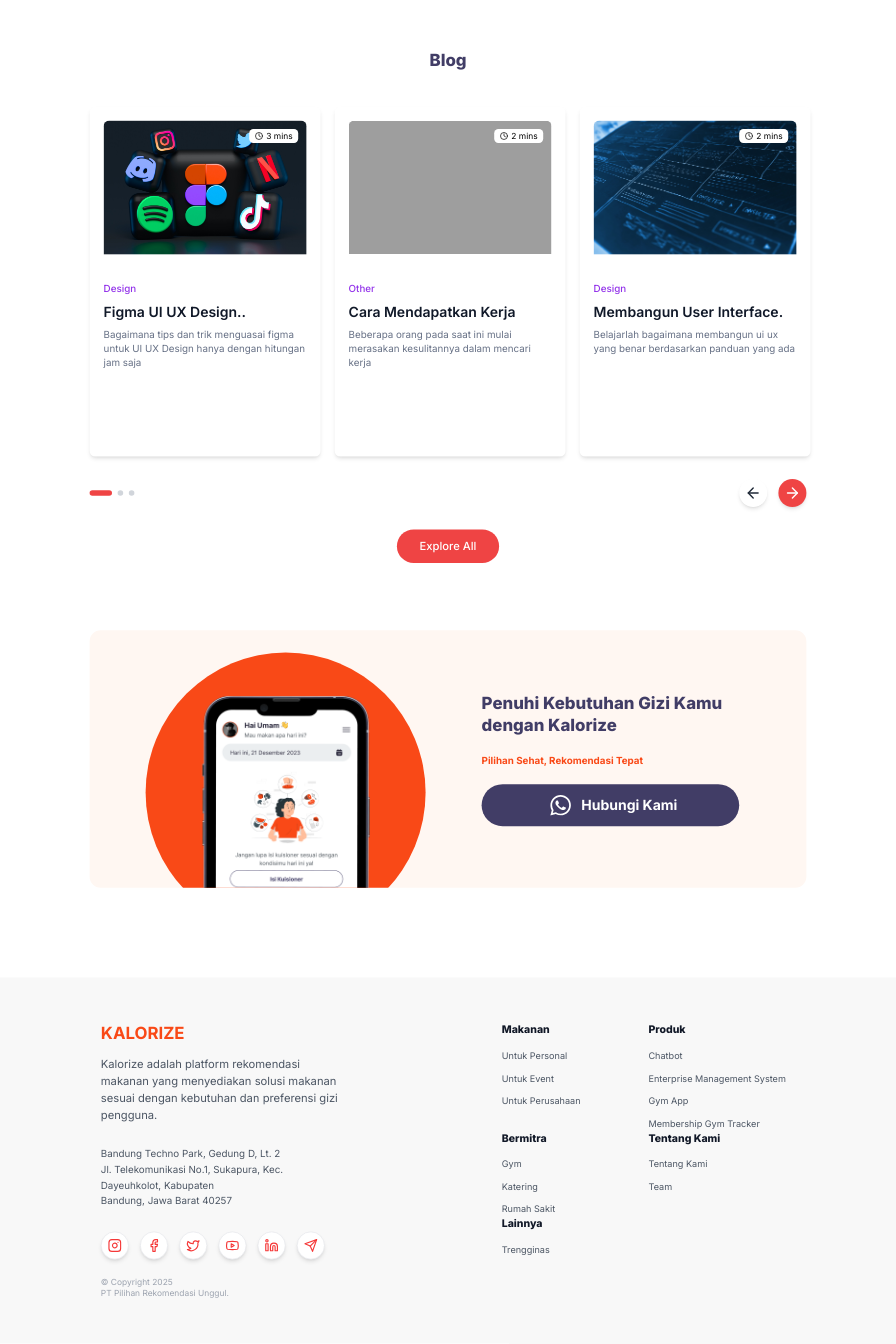
Repository: kalorizeofficial/new-main-web-kalorize
Page: /
The author's editor kept a copy of each file at every save. The page is drawn from the files as they stood at one save, then again after the next save.
The browser window is 1280 px wide. The pictures show the part of the page from y = 1095 to 3015 px (the page is 3015 px tall), at 70% of full size.
Pictures or frames that could not be fetched are drawn as grey boxes. The project was rebuilt for these pictures with package versions that can differ from the ones it lists, and the page was loaded fresh each time.

Above is the page before, as saved 2025-03-01 11:47:00.

After the next save:
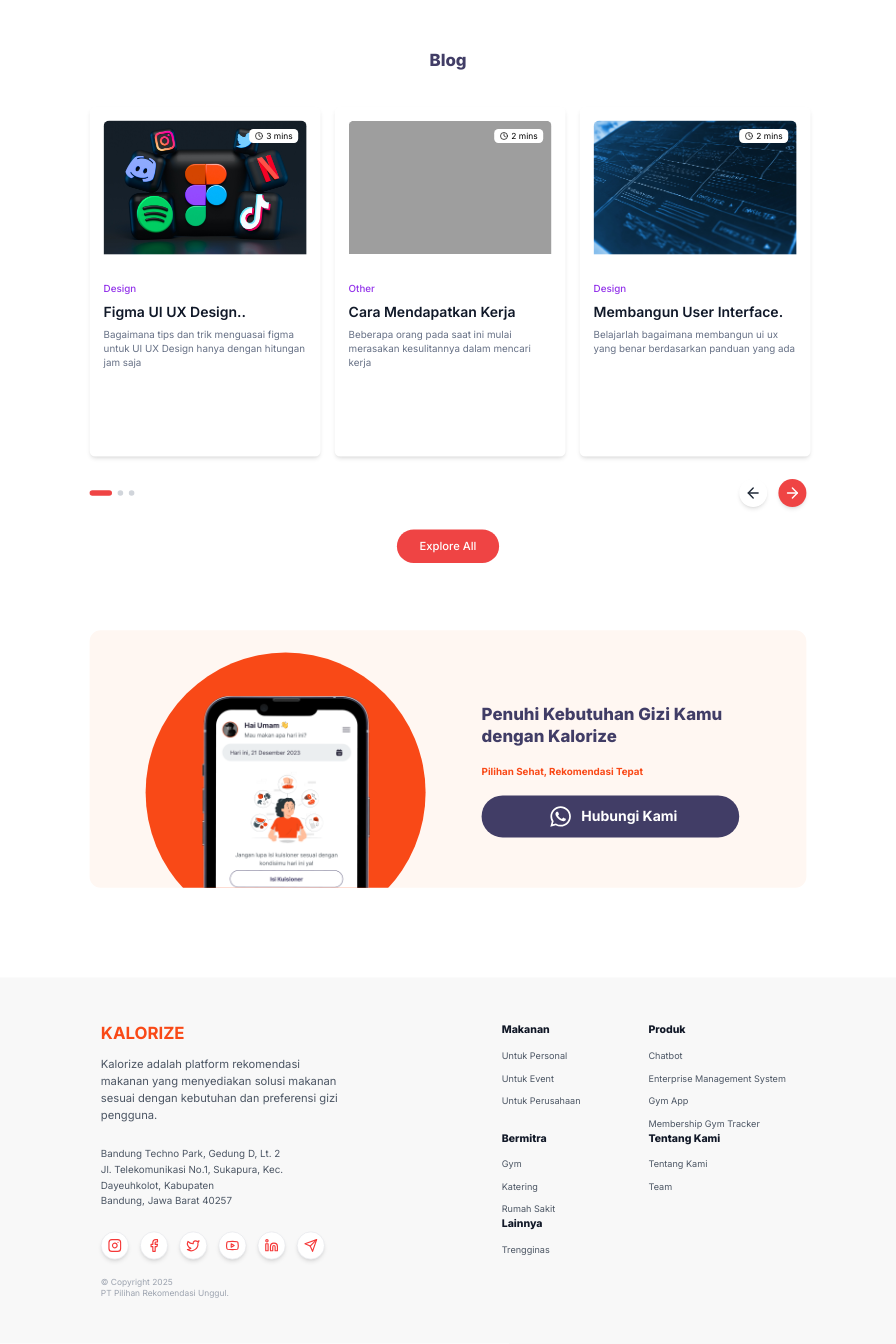
Saved 2 min 27 s later.
--- a/src/pages/contact.jsx
+++ b/src/pages/contact.jsx
@@ -21,7 +21,7 @@
 
             {/* Right side - Content */}
             <div
-              className="flex flex-col space-y-4 md:space-y-6 max-w-[300px] md:max-w-[400px] text-center md:text-left -mt-10 md:mt-0
+              className="flex flex-col space-y-4 md:space-y-6 max-w-[300px] md:max-w-[400px] text-center md:text-left -mt-10 md:mt-8
                           md:bg-transparent bg-[#FFF7F2] rounded-lg p-4 relative z-10"
             >
               <h1 className="text-xl md:text-2xl font-extrabold text-[#413D66] leading-[1.4] font-inter">

After the save that followed:
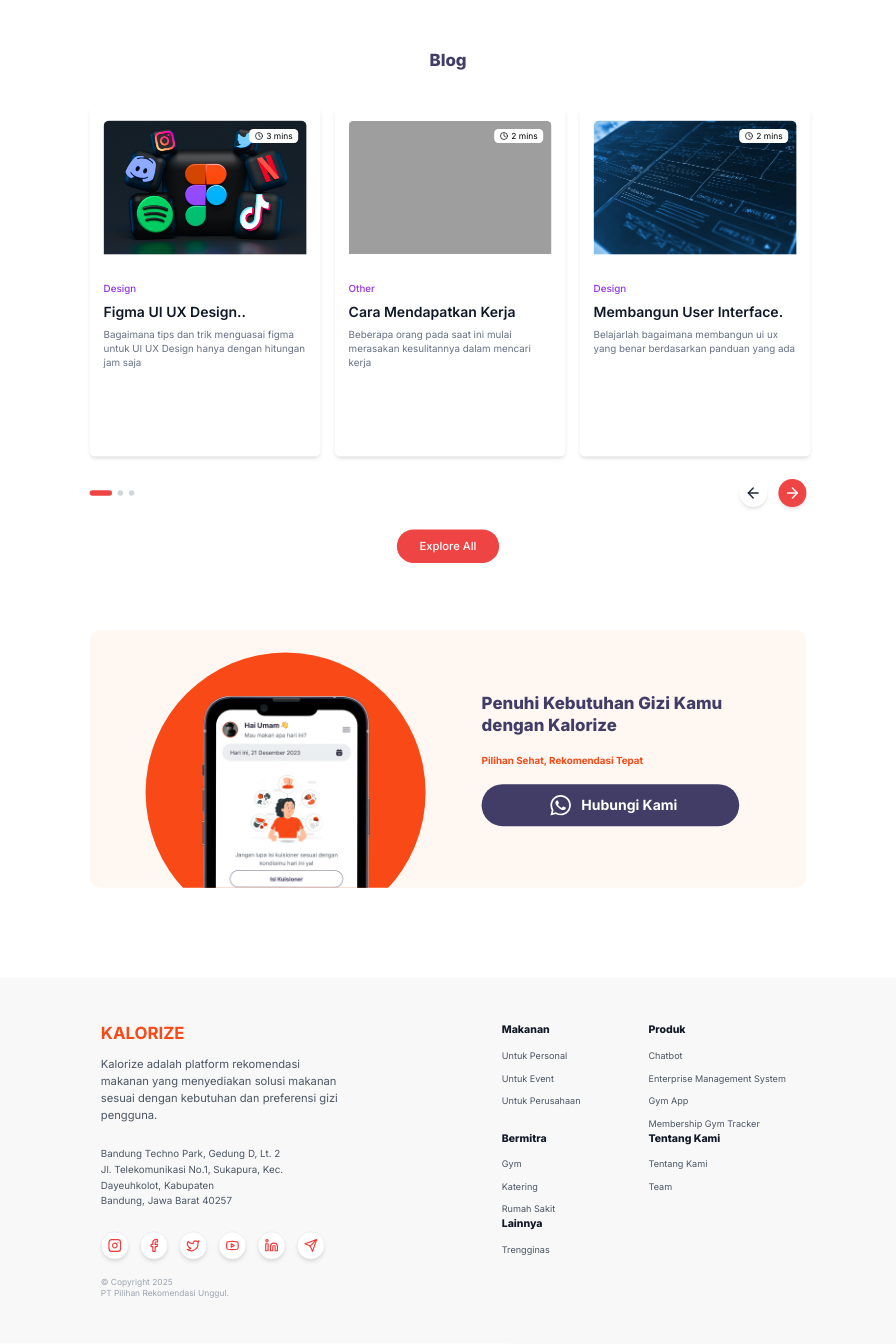
Saved 11 s later.
--- a/src/pages/contact.jsx
+++ b/src/pages/contact.jsx
@@ -21,7 +21,7 @@
 
             {/* Right side - Content */}
             <div
-              className="flex flex-col space-y-4 md:space-y-6 max-w-[300px] md:max-w-[400px] text-center md:text-left -mt-10 md:mt-8
+              className="flex flex-col space-y-4 md:space-y-6 max-w-[300px] md:max-w-[400px] text-center md:text-left -mt-10 md:mt-0
                           md:bg-transparent bg-[#FFF7F2] rounded-lg p-4 relative z-10"
             >
               <h1 className="text-xl md:text-2xl font-extrabold text-[#413D66] leading-[1.4] font-inter">
